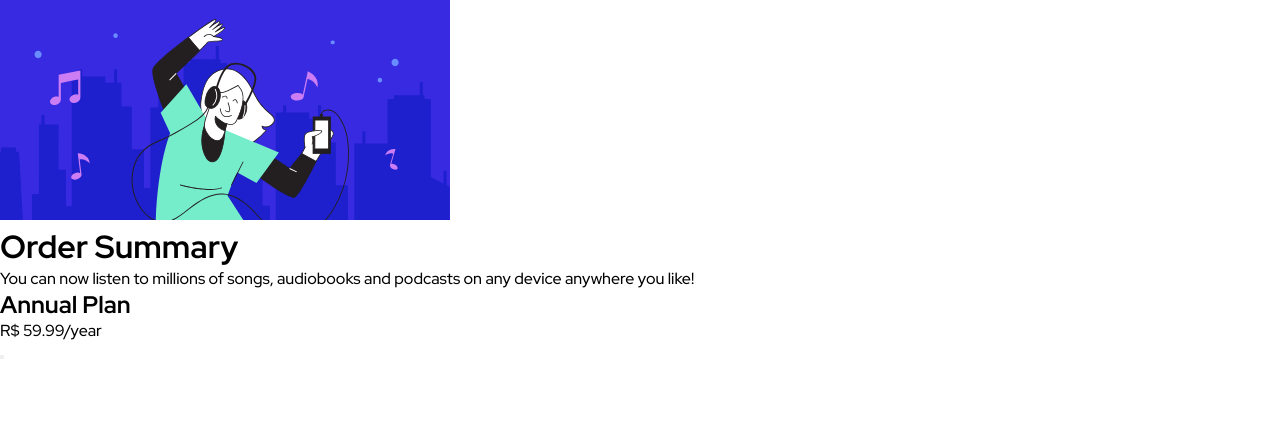
Repository: gccavalheiro/order-summary-card
Page: index.html
These files come from the project's save history. The page is drawn as it stood at one moment and after the next save; the edit follows.
The browser window is 1280 px wide. The pictures show the whole page.

Above is the page before, as saved 2021-12-17 01:44:59.

### index.html
<!DOCTYPE html>
<html lang="en">

<head>
  <meta charset="UTF-8" />
  <meta http-equiv="X-UA-Compatible" content="IE=edge" />
  <meta name="viewport" content="width=device-width, initial-scale=1.0" />
  <link rel="preconnect" href="https://fonts.googleapis.com">
  <link rel="preconnect" href="https://fonts.gstatic.com" crossorigin>
  <link href="https://fonts.googleapis.com/css2?family=Red+Hat+Display:wght@500;700&display=swap" rel="stylesheet">
  <link rel="icon" type="image/png" sizes="32x32" href="./images/favicon-32x32.png" />
  <title>Frontend Mentor | Order summary card</title>
  <link rel="stylesheet" href="./assets/css/main.css" />
</head>

<body>
  <main>
    <div class="card">
      <div class="card-header">
        <img src="./assets/images/illustration-hero.svg" alt="Illustration Woman">
      </div>
      <div class="card-body">
        <div class="card-info">
          <h1>Order Summary</h1>
          <p>You can now listen to millions of songs,
            audiobooks and podcasts on any device
            anywhere you like! </p>
          <div class="card-plan">
            <div class="card-plan-detail">
              <div class="card-plan-icon-detail"></div>
              <div class="card-plan-info-detail">
                <h2>Annual Plan</h2>
                <p>R$ 59.99/year</p>
              </div>
            </div>
            <button class="card-plan-button"></button>
          </div>
          <div class="card-button-payment"></div>
          <div class="card-button-cancel"></div>
        </div>
      </div>
    </div>
  </main>
</body>

</html>

### assets/css/main.css
* {
  margin: 0;
  padding: 0;
  outline: 0;
  box-sizing: border-box;
  text-rendering: optimizeLegibility;
  -webkit-font-smoothing: antialiased;
  -moz-osx-font-smoothing: grayscale;
}


body {
  font-family: 'Red Hat Display', sans-serif;
  font-size: 1rem;
}

After the next save:
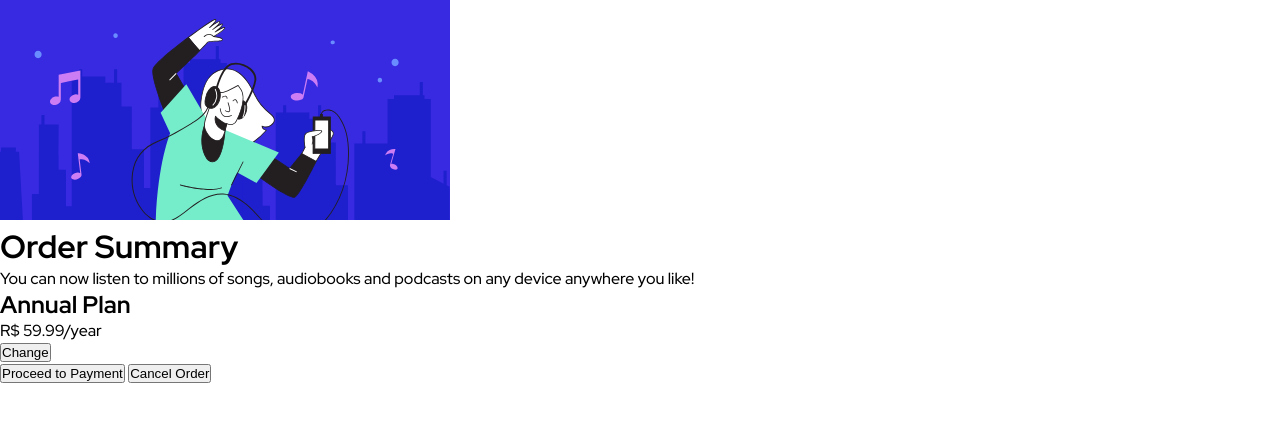
Saved 49 s later.
--- a/index.html
+++ b/index.html
@@ -33,10 +33,10 @@
                 <p>R$ 59.99/year</p>
               </div>
             </div>
-            <button class="card-plan-button"></button>
+            <button class="card-plan-button">Change</button>
           </div>
-          <div class="card-button-payment"></div>
-          <div class="card-button-cancel"></div>
+          <button class="card-button-payment">Proceed to Payment</button>
+          <button class="card-button-cancel">Cancel Order</button>
         </div>
       </div>
     </div>
